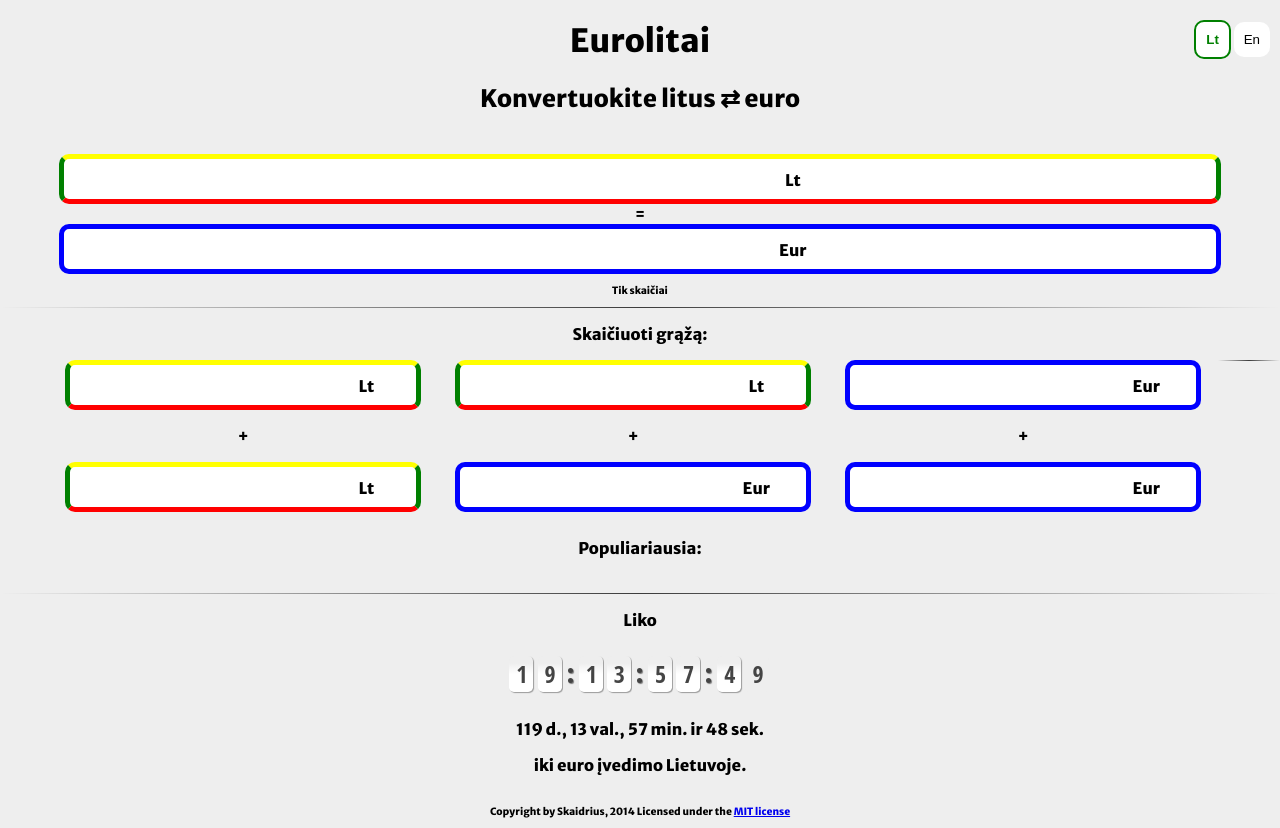
Repository: Skaidrius/eurolitai
Page: index.html
The author's editor kept a record of every edit. The page is drawn from the files as they stood at one moment, then again after the next edit.
The browser window is 1280 px wide. The pictures show the whole page.
Some web libraries are served in a nearby version.

Above is the page before.

After the next edit:
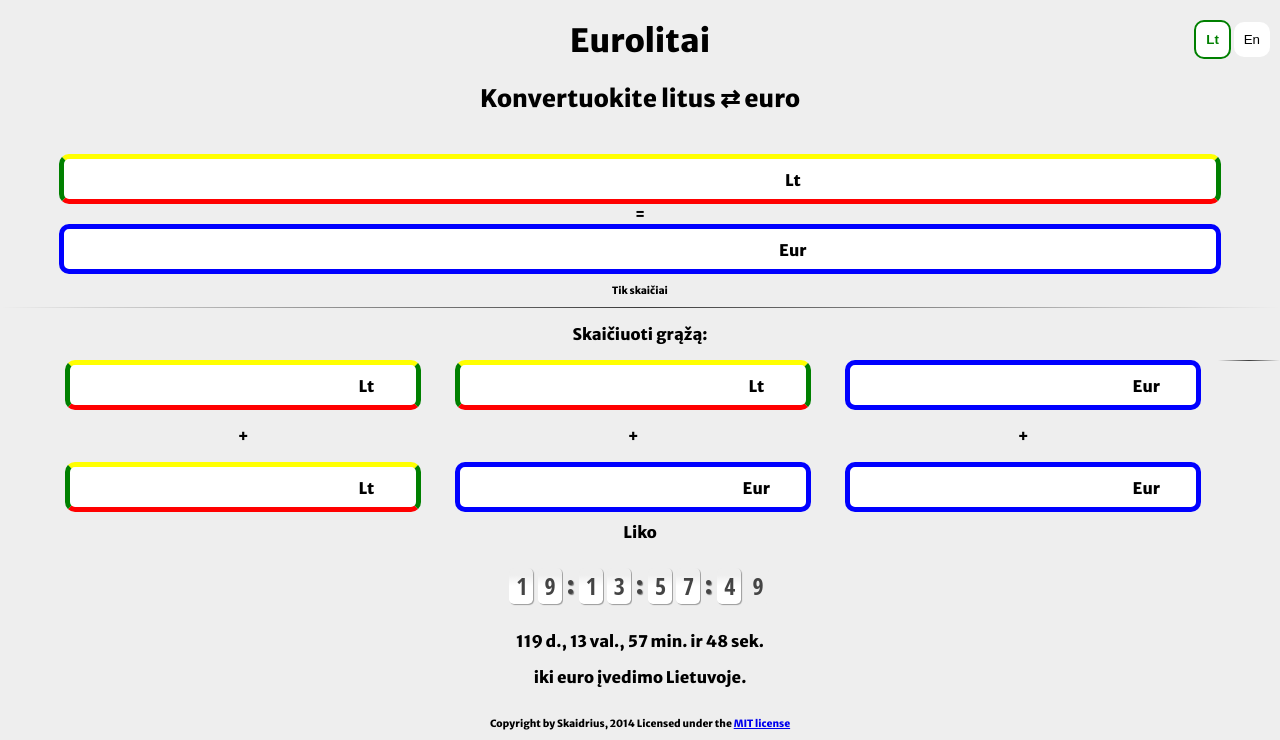
The edit:
--- a/index.html
+++ b/index.html
@@ -86,13 +86,6 @@
     </div>
     <hr>
 
-    <div class="popular">
-      <p><span class="lithuanian">Populiariausia: </span><span class="english"> Popular picks:</span></p>
-      <ul class = "lteur"></ul>
-      <ul class = "eurlt"></ul>
-    </div>
-    <hr>
-
     <!--countdown 'till 2015-01-01-->
     <div class = "center">
       <p><span class="english center">Until Euro in Lithuania </span>
